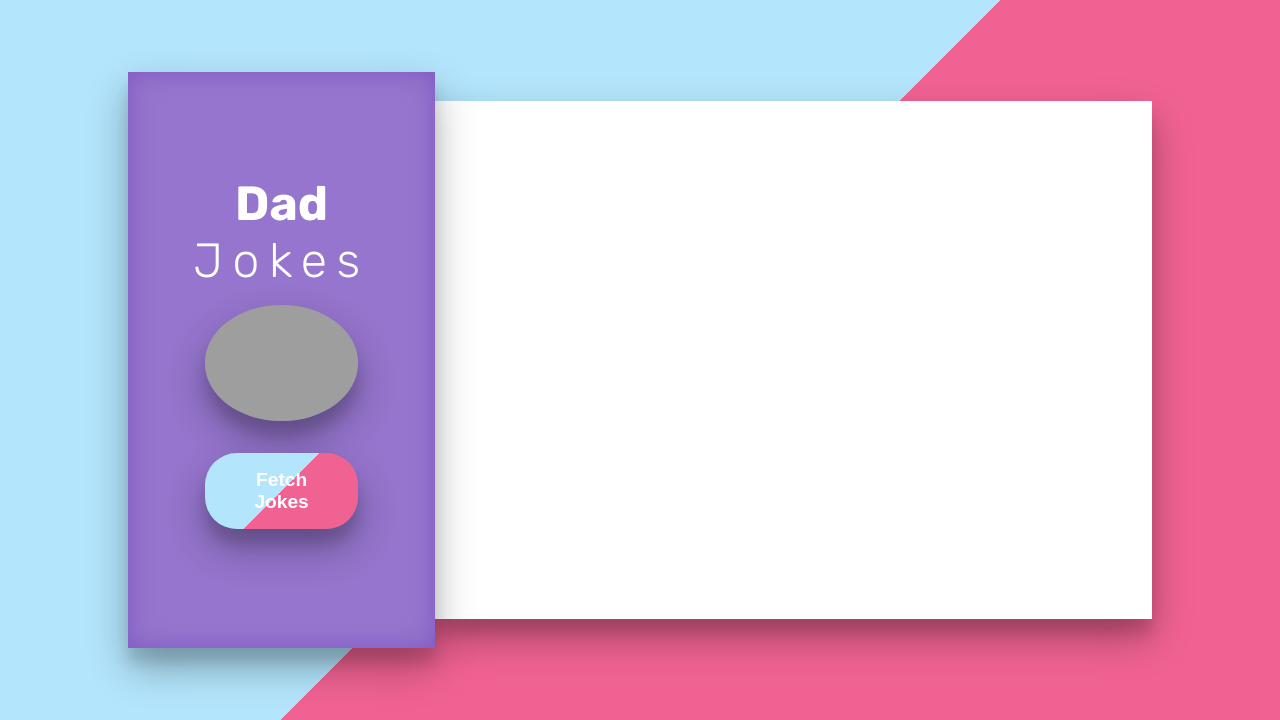
Repository: zhapar/dad-jokes
Page: /
The author's editor kept a copy of each file at every save. The page is drawn from the files as they stood at one save, then again after the next save.
The browser window is 1280 px wide. The pictures show the whole page.
The pointer rests on the first visible `.JokeList-getmore`.
Pictures or frames that could not be fetched are drawn as grey boxes. The page's requests for data from a server got no answer. The project was rebuilt for these pictures with package versions that can differ from the ones it lists, and the page was loaded fresh each time. No one was signed in, and anything a server would have sent is missing. Also part of the build but not shown: src/Joke.css, src/Joke.js.

Above is the page before, as saved 2020-08-30 15:48:37.

After the next save:
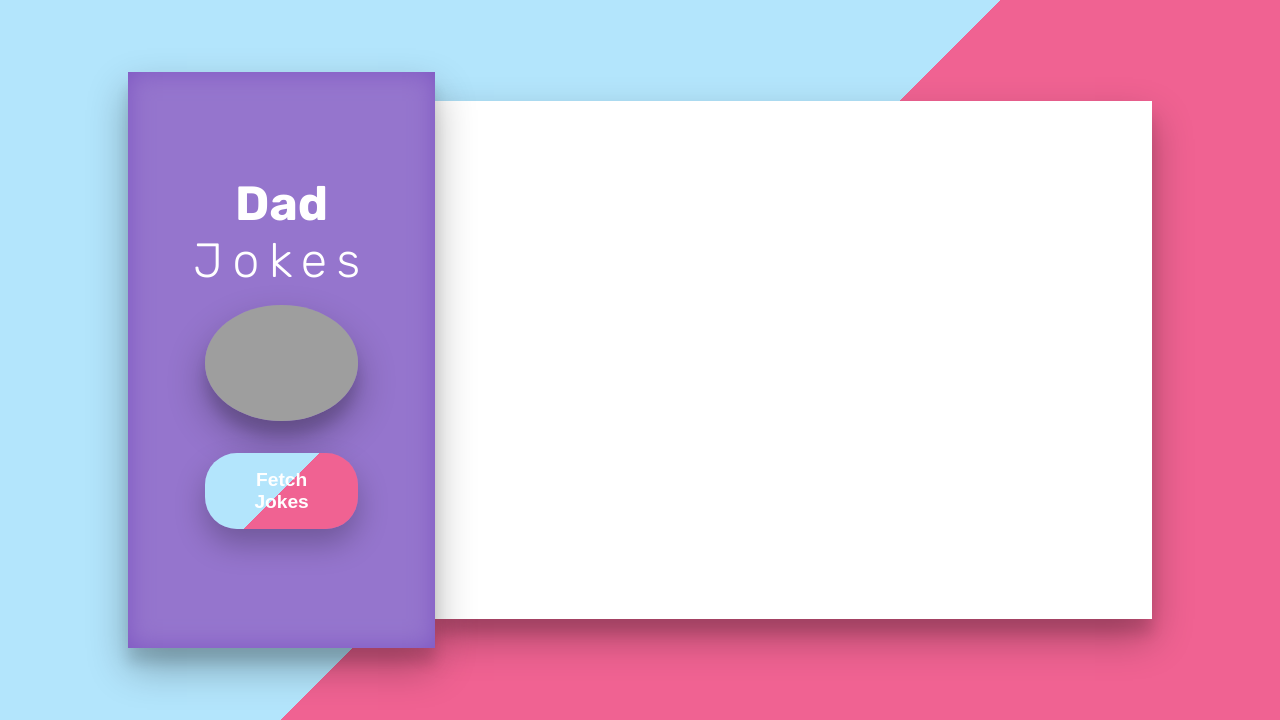
Saved 2 min 40 s later.
--- a/src/JokeList.css
+++ b/src/JokeList.css
@@ -69,3 +69,7 @@
       rgba(240, 98, 146, 1) 50%,
       rgba(240, 98, 146, 1) 100%);
 }
+
+.JokeList-getmore:hover {
+  box-shadow: 0 15px 30px rgba(0, 0, 0, 0.25);
+}
